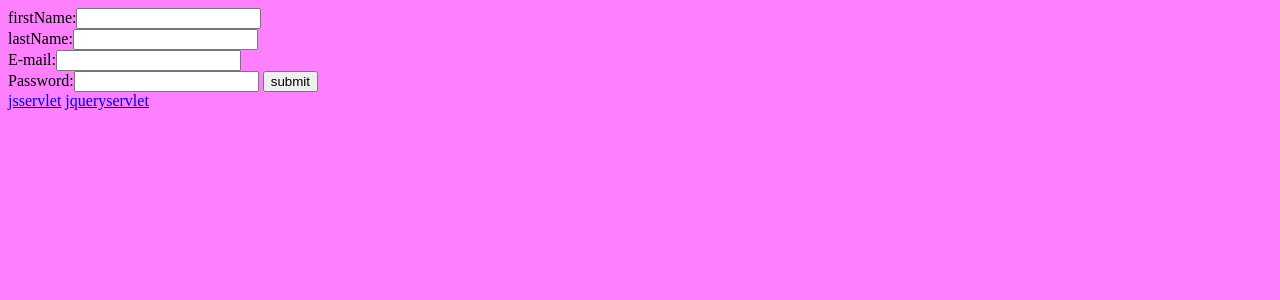
Repository: shruthik537/aemclass
Page: firstweb/src/main/webapp/index.html
An editor plug-in stored every save of this project. The page is shown before and after the next save, followed by the edit.
The browser window is 1280 px wide. The pictures show the whole page.
Some web libraries are served in a nearby version.

Above is the page before, as saved 2021-09-25 06:32:09.

After the next save:
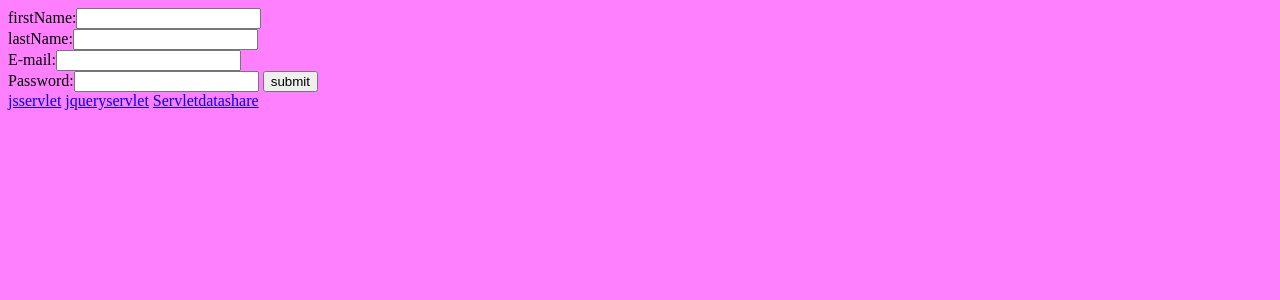
Saved 82 s later.
--- a/firstweb/src/main/webapp/index.html
+++ b/firstweb/src/main/webapp/index.html
@@ -49,5 +49,6 @@ Password:<input type="text" name="pwd" id="pwd"/>
 </form>
 <a href="jsservlet.html">jsservlet</a>
 <a href="jqueryservlet.html">jqueryservlet</a>
+<a href="ServletDataShare.html">Servletdatashare</a>
 </body>
 </html>
